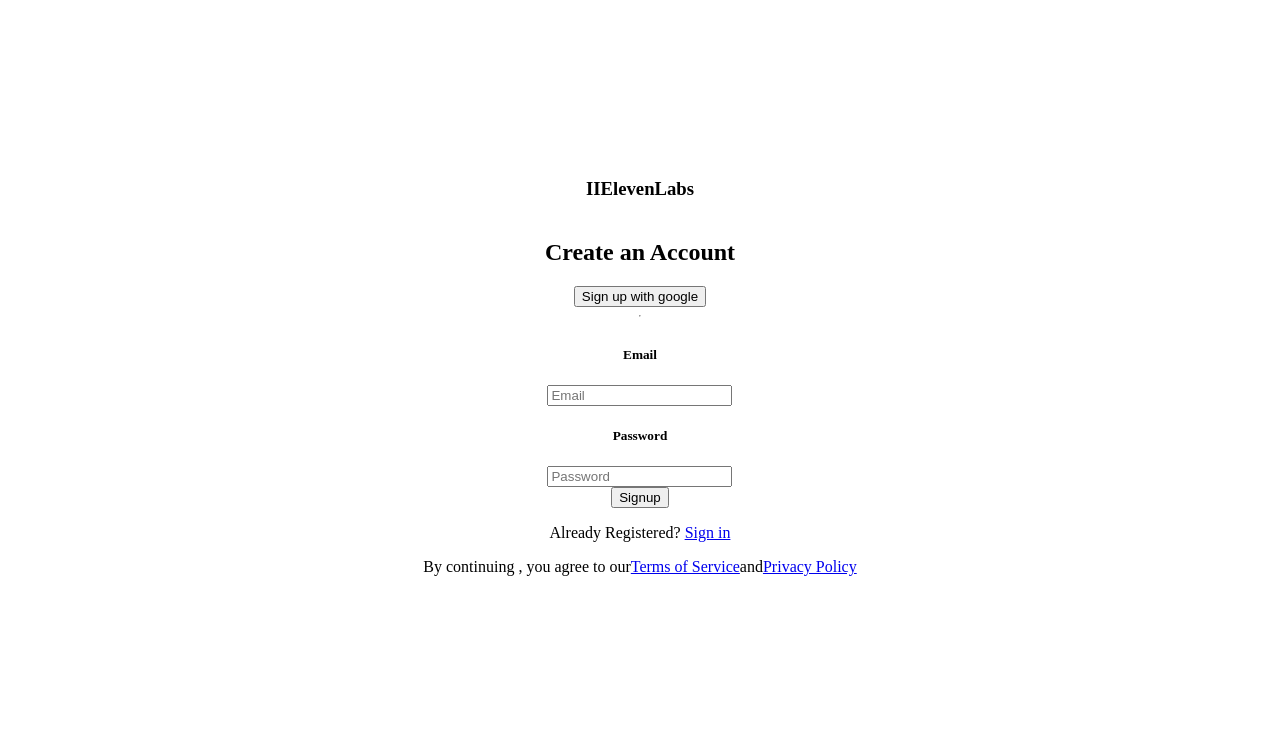
Repository: RohanSai22/harkirat-cohort-learnings
Page: Web/w1_a.html
The author's editor kept a copy of each file at every save. The page is drawn from the files as they stood at one save, then again after the next save.
The browser window is 1280 px wide. The pictures show the whole page.

Above is the page before, as saved 2026-03-24 10:14:43.

### Web/w1_a.html
<html>
    <head>
        <title>Elevel Labs Assignment</title>
    </head>
    <body>
        <div style="display: flex; flex-direction: column; min-height: 100vh;justify-content: center; align-items: center;">
            <div style="display:flex; justify-content: center;">
                <h3>IIElevenLabs</h3>
            </div>
            <div style="display: flex; justify-content: center; align-items: center; flex-direction: column; ">
                <h2>Create an Account</h2>
                <button onclick="window.location.href='https://www.gmail.com'">Sign up with google</button>
                <hr>
                <h5>Email</h5>
                <input type="email" placeholder="Email"/>
                <h5>Password</h5>
                <input type="password" placeholder="Password"/>
                <button>Signup</button>
                <p>
                    Already Registered?
                    <a href="https://www.gmail.com">Sign in</a>
                </p>
            </div>
            <div style="display:flex;justify-content: center;">
                By continuing , you agree to our <a href="https://www.google.com/terms-and-conditions">Terms of Service</a> and <a href="https://www.google.com/privacy-policy">Privacy Policy</a>
            </div>
        </div>
    </body>
</html>

After the next save:
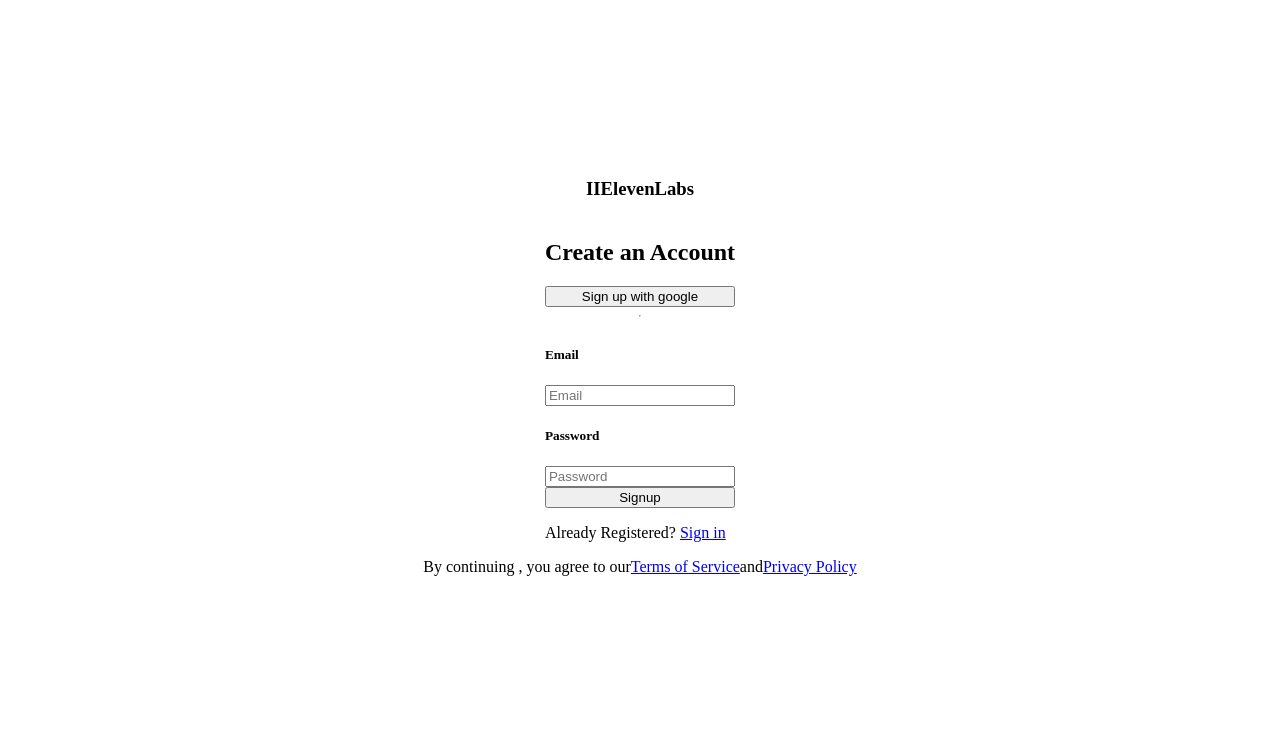
Saved 5 s later.
--- a/Web/w1_a.html
+++ b/Web/w1_a.html
@@ -7,7 +7,7 @@
             <div style="display:flex; justify-content: center;">
                 <h3>IIElevenLabs</h3>
             </div>
-            <div style="display: flex; justify-content: center; align-items: center; flex-direction: column; ">
+            <div style="display: flex; flex-direction: column; ">
                 <h2>Create an Account</h2>
                 <button onclick="window.location.href='https://www.gmail.com'">Sign up with google</button>
                 <hr>
